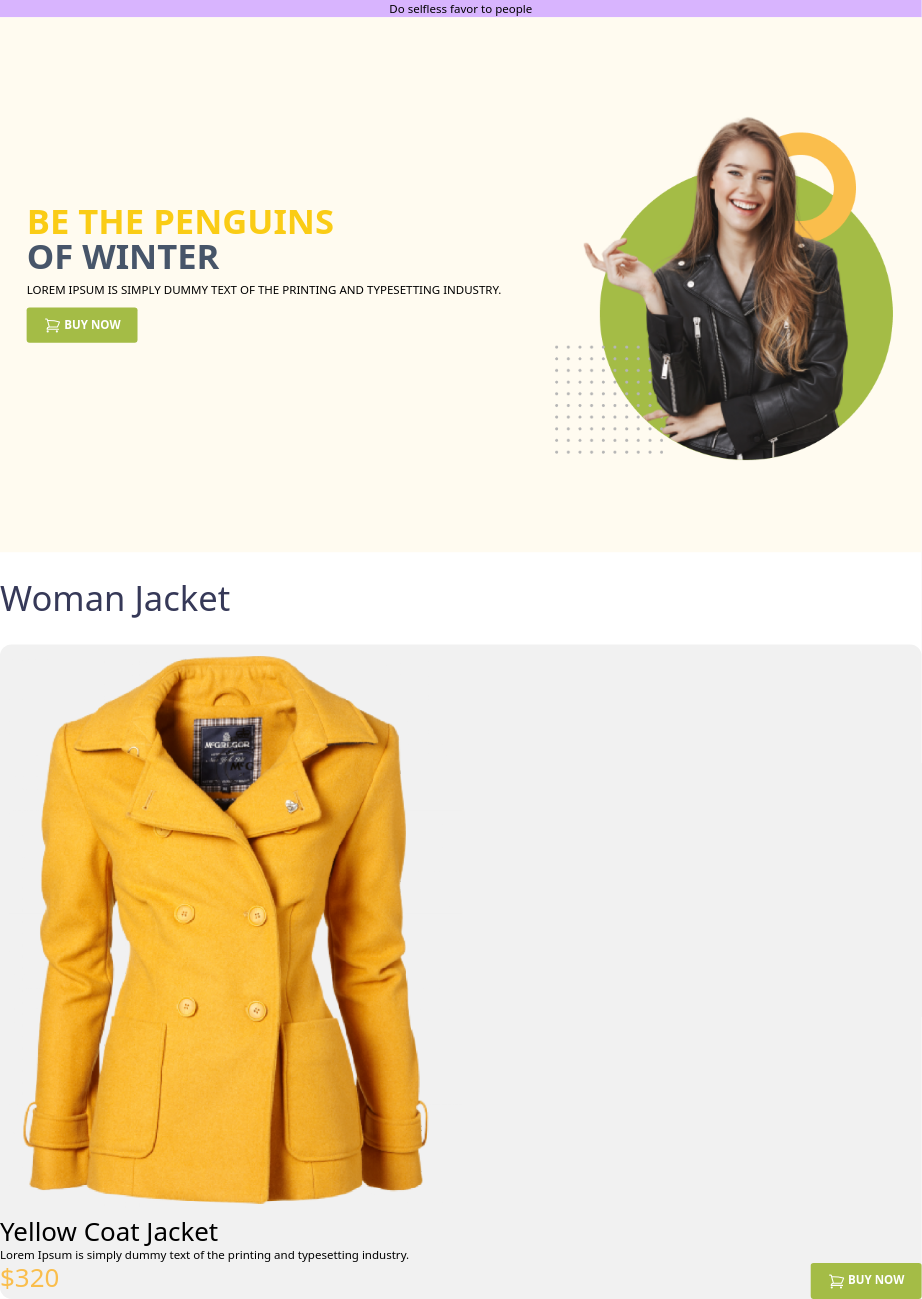
Repository: zjria/penguin-e-commerce-fashion
Page: index.html
The author's editor kept a copy of each file at every save. The page is drawn from the files as they stood at one save, then again after the next save.
The browser window is 1280 px wide. The pictures show the whole page, at 72% of full size.
Some web libraries are served in a nearby version.

Above is the page before, as saved 2022-10-07 07:35:13.

### index.html
<!DOCTYPE html>
<html lang="en">

<head>
    <meta charset="UTF-8">
    <meta http-equiv="X-UA-Compatible" content="IE=edge">
    <meta name="viewport" content="width=device-width, initial-scale=1.0">
    <title>Penguin E-commerce</title>
    <!-- Google Fonts Link -->
    <link rel="preconnect" href="https://fonts.googleapis.com">
    <link rel="preconnect" href="https://fonts.gstatic.com" crossorigin>
    <link href="https://fonts.googleapis.com/css2?family=Bebas+Neue&family=Roboto:wght@100;300;400;500&display=swap"
        rel="stylesheet">

    <!-- Tailwind CSS CDN link -->
    <script src="https://cdn.tailwindcss.com"></script>
    <script>
        tailwind.config = {
            theme: {
                extend: {
                    colors: {
                        clifford: '#da373d',
                        header_bg: '#FFFBF0',
                        main_text_color: '#363958',
                        price_color: '#FABE4C',
                        card_bg: '#F1F1F1',
                    }
                }
            }
        }
    </script>
</head>

<body>
    <h2 class="bg-purple-300 text-center font-header_text">Do selfless favor to people</h2>


    <!-- Header Section -->
    <header class="bg-header_bg pb-32 pt-24">
        <section class="container mx-auto uppercase sm:flex items-center justify-around">
            <div class="space-y-3">
                <h1 class="text-2xl sm:text-5xl font-bold font-header_text">
                    <span class="text-yellow-400">Be the Penguins</span> <br>
                    <span class="text-slate-600">of Winter</span>
                </h1>
                <p class="font-anther_text">Lorem Ipsum is simply dummy text of the printing
                    and typesetting industry.</p>
                <button class="uppercase bg-[#A4BC46] py-3 px-6 text-white font-semibold rounded font-anther_text"> <svg
                        xmlns="http://www.w3.org/2000/svg" fill="none" viewBox="0 0 24 24" stroke-width="1.5"
                        stroke="currentColor" class="w-6 h-6 inline text-white">
                        <path stroke-linecap="round" stroke-linejoin="round"
                            d="M2.25 3h1.386c.51 0 .955.343 1.087.835l.383 1.437M7.5 14.25a3 3 0 00-3 3h15.75m-12.75-3h11.218c1.121-2.3 2.1-4.684 2.924-7.138a60.114 60.114 0 00-16.536-1.84M7.5 14.25L5.106 5.272M6 20.25a.75.75 0 11-1.5 0 .75.75 0 011.5 0zm12.75 0a.75.75 0 11-1.5 0 .75.75 0 011.5 0z" />
                    </svg>
                    Buy Now</button>
            </div>
            <div class="pt-8 sm:pt-8">
                <img class=" w-1/2 sm:w-full" src="images/model.png" alt="">
            </div>
        </section>
    </header>

    <!-- Main Section Start -->
    <main>
        <section class="container mx-auto">
            <h2 class="text-5xl my-10 text-main_text_color font-header_text">Woman Jacket</h2>
            <div class="grid-cols-3">
                <div class="bg-card_bg rounded-2xl">
                    <div class="p-3">
                        <img src="images/jacket-1.png" alt="">
                    </div>
                    <h3 class="text-4xl">Yellow Coat Jacket</h3>
                    <p>Lorem Ipsum is simply dummy text of the
                        printing and typesetting industry.</p>
                    <div class="flex justify-between">
                        <h3 class="text-4xl text-price_color">$320</h3>
                        <button
                            class="uppercase bg-[#A4BC46] py-3 px-6 text-white font-semibold rounded font-anther_text">
                            <svg xmlns="http://www.w3.org/2000/svg" fill="none" viewBox="0 0 24 24" stroke-width="1.5"
                                stroke="currentColor" class="w-6 h-6 inline text-white">
                                <path stroke-linecap="round" stroke-linejoin="round"
                                    d="M2.25 3h1.386c.51 0 .955.343 1.087.835l.383 1.437M7.5 14.25a3 3 0 00-3 3h15.75m-12.75-3h11.218c1.121-2.3 2.1-4.684 2.924-7.138a60.114 60.114 0 00-16.536-1.84M7.5 14.25L5.106 5.272M6 20.25a.75.75 0 11-1.5 0 .75.75 0 011.5 0zm12.75 0a.75.75 0 11-1.5 0 .75.75 0 011.5 0z" />
                            </svg>
                            Buy Now</button>
                    </div>
                </div>
            </div>
        </section>
    </main>

</body>

</html>

After the next save:
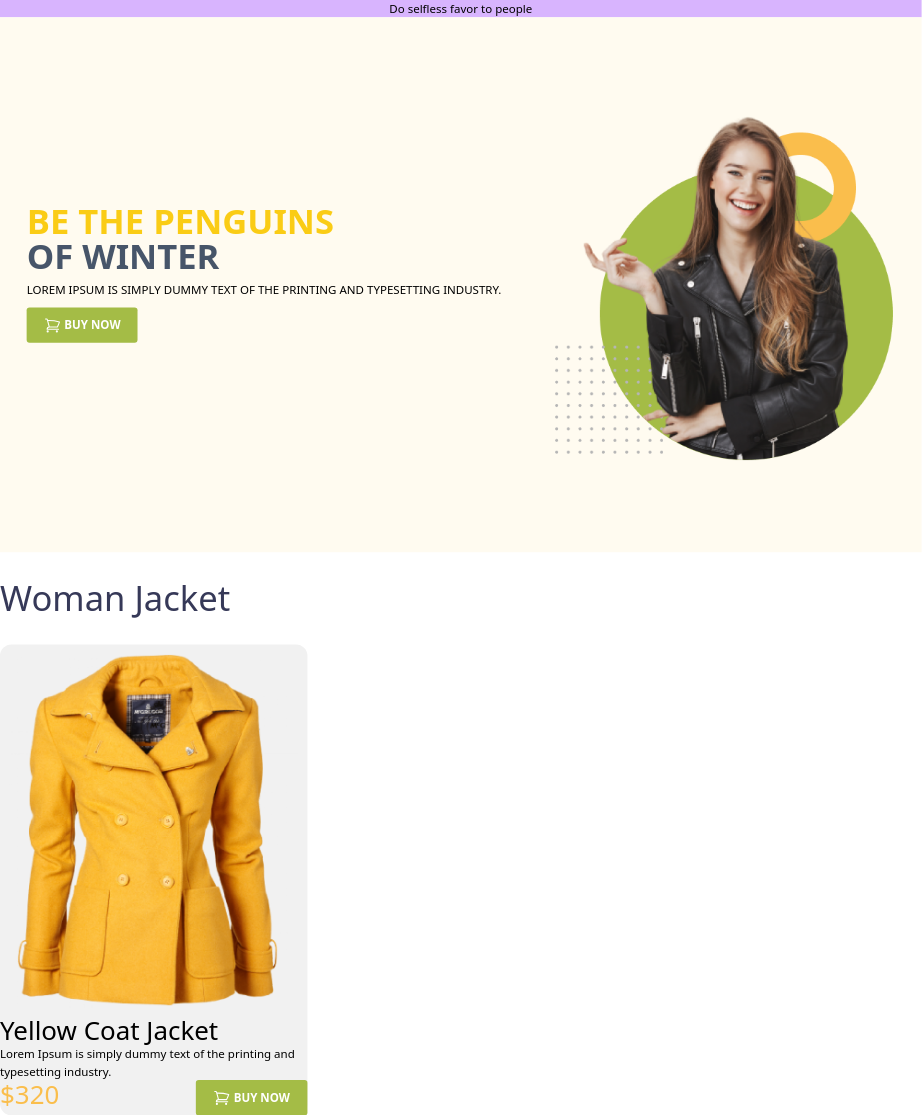
Saved 12 min 17 s later.
--- a/index.html
+++ b/index.html
@@ -63,7 +63,7 @@
     <main>
         <section class="container mx-auto">
             <h2 class="text-5xl my-10 text-main_text_color font-header_text">Woman Jacket</h2>
-            <div class="grid-cols-3">
+            <div class="grid grid-cols-3">
                 <div class="bg-card_bg rounded-2xl">
                     <div class="p-3">
                         <img src="images/jacket-1.png" alt="">
